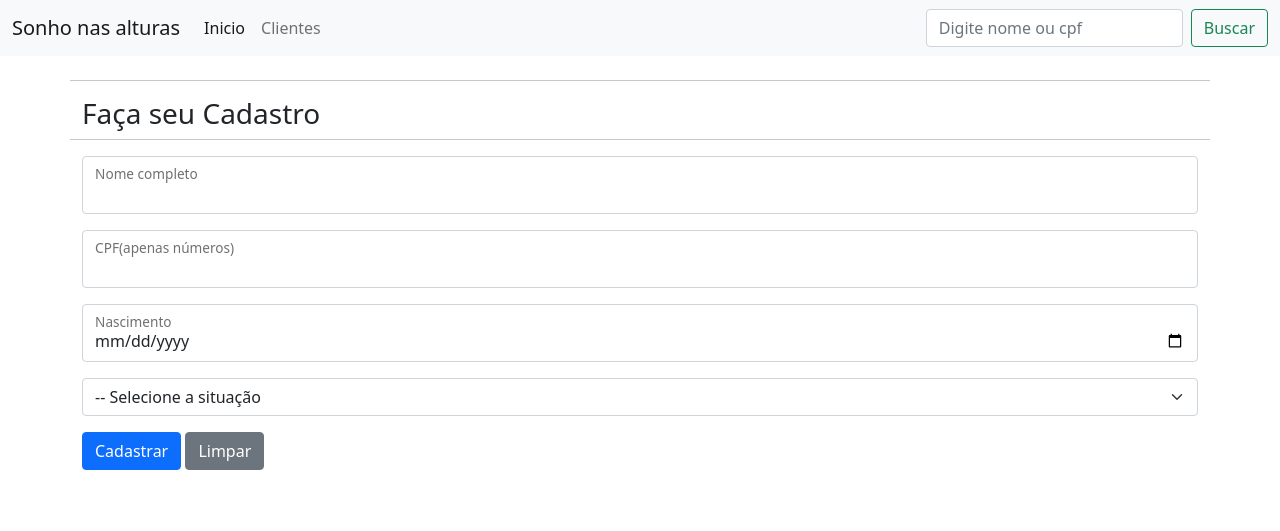
Repository: GabrielAzevedo99/back-end
Page: java-crud/src/main/webapp/index.html
An editor plug-in stored every save of this project. The page is shown before and after the next save, followed by the edit.
The browser window is 1280 px wide. The pictures show the whole page.

Above is the page before, as saved 2022-02-06 03:07:13.

After the next save:
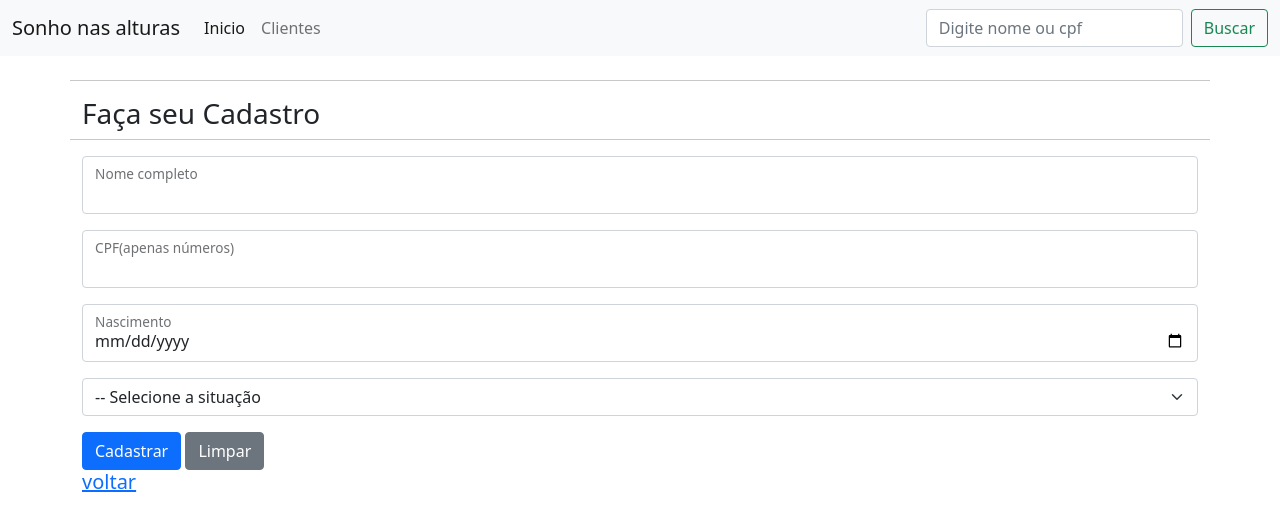
Saved 112 s later.
--- a/java-crud/src/main/webapp/index.html
+++ b/java-crud/src/main/webapp/index.html
@@ -61,7 +61,7 @@
 					<button class=" btn btn-primary" type="submit" >Cadastrar </button>
 					<button class ="btn btn-secondary" type="reset" >Limpar</button>
 
-
+<h5><a href="Index.html">voltar</a></h5>
 
 <!-- JavaScript Bundle with Popper -->
 <script src="https://cdn.jsdelivr.net/npm/bootstrap@5.1.3/dist/js/bootstrap.bundle.min.js" integrity="sha384-ka7Sk0Gln4gmtz2MlQnikT1wXgYsOg+OMhuP+IlRH9sENBO0LRn5q+8nbTov4+1p" crossorigin="anonymous"></script>
